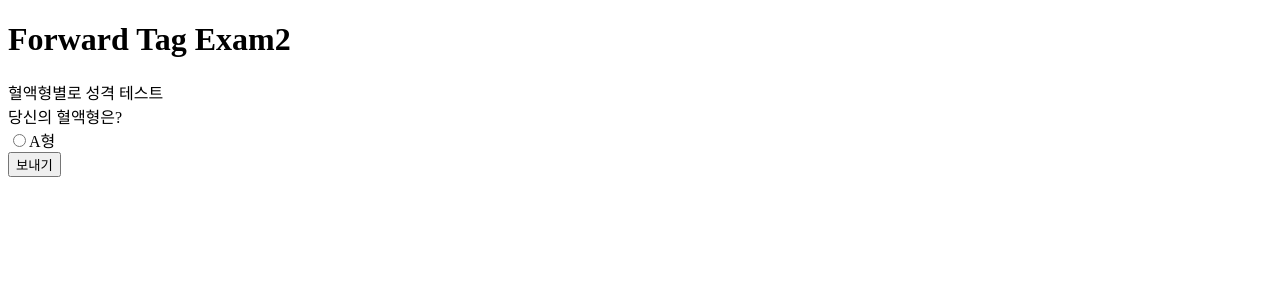
Repository: kimwoongasd/JSPAndServlet
Page: day1221/src/main/webapp/16_forwardTag2.html
These files come from the project's save history. The page is drawn as it stood at one moment and after the next save; the edit follows.
The browser window is 1280 px wide. The pictures show the whole page.

Above is the page before, as saved 2023-12-21 03:18:54.

### day1221/src/main/webapp/16_forwardTag2.html
<!DOCTYPE html>
<html>
<head>
<meta charset="UTF-8">
<title>Insert title here</title>
</head>
<body>
	<h1>Forward Tag Exam2</h1>
	<form method="post" action="forwardTag2_1.jsp">
		혈액형별로 성격 테스트<br>
		당신의 혈액형은?<br>
		<input type="radio" name="bloodType" value="A">A형<br>
		<input type="submit" value="보내기">
	</form>
</body>
</html>

After the next save:
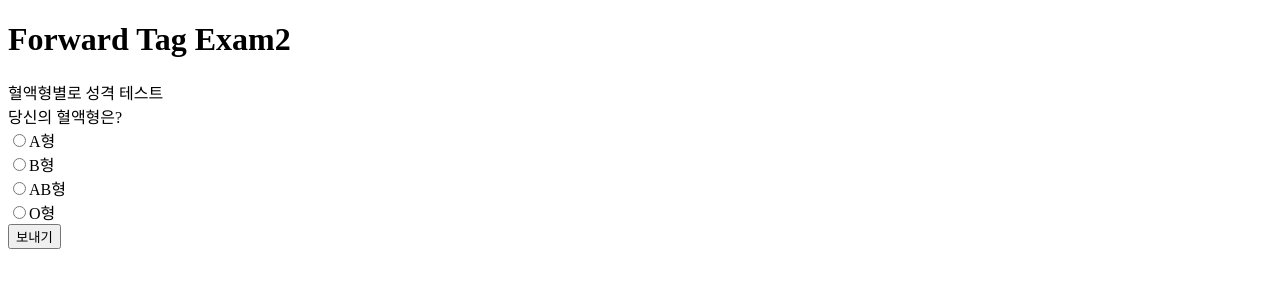
Saved 2 min 16 s later.
--- a/day1221/src/main/webapp/16_forwardTag2.html
+++ b/day1221/src/main/webapp/16_forwardTag2.html
@@ -10,6 +10,9 @@
 		혈액형별로 성격 테스트<br>
 		당신의 혈액형은?<br>
 		<input type="radio" name="bloodType" value="A">A형<br>
+		<input type="radio" name="bloodType" value="B">B형<br>
+		<input type="radio" name="bloodType" value="AB">AB형<br>
+		<input type="radio" name="bloodType" value="O">O형<br>
 		<input type="submit" value="보내기">
 	</form>
 </body>
